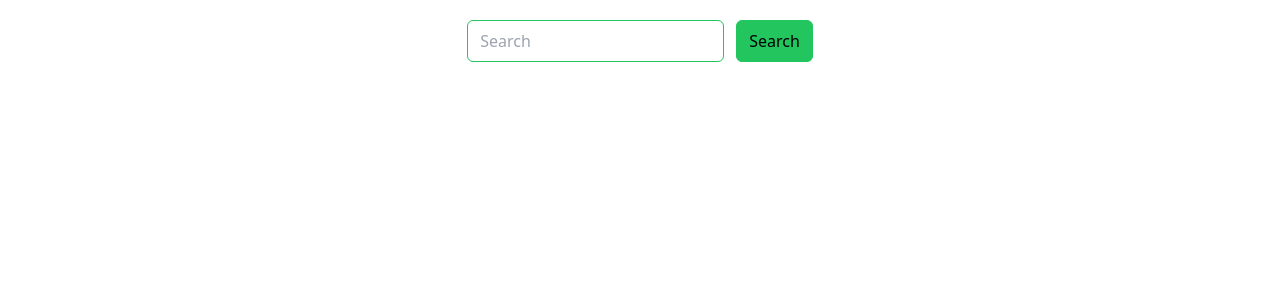
Repository: kimhieu153255/Image-search-app
Page: /
The author's editor kept a copy of each file at every save. The page is drawn from the files as they stood at one save, then again after the next save.
The browser window is 1280 px wide. The pictures show the whole page.
The page's requests for data from a server got no answer. The project was rebuilt for these pictures with package versions that can differ from the ones it lists, and the page was loaded fresh each time. No one was signed in, and anything a server would have sent is missing. Also part of the build but not shown: vite.config.js, src/Components/Card/Card.jsx.

Above is the page before, as saved 2023-10-27 01:19:23.

### index.html
<!doctype html>
<html lang="en">
  <head>
    <meta charset="UTF-8" />
    <link rel="icon" type="image/svg+xml" href="/vite.svg" />
    <meta name="viewport" content="width=device-width, initial-scale=1.0" />
    <title>20120474-LeKimHieu</title>
  </head>
  <body>
    <div id="root"></div>
    <script type="module" src="/src/main.jsx"></script>
  </body>
</html>

### src/main.jsx
import React from "react";
import ReactDOM from "react-dom/client";
import App from "./App.jsx";
import "./index.css";
import { DataProvider } from "./Components/Contexts/Data.jsx";

ReactDOM.createRoot(document.getElementById("root")).render(
  <React.StrictMode>
    <DataProvider>
      <App />
    </DataProvider>
  </React.StrictMode>
);

### src/App.jsx
import { useContext, useEffect } from "react";
import CardList from "./Components/Card/CardList";
import Search from "./Components/Search/Search";
import { DataContext } from "./Components/Contexts/Data";
import { debounce } from "lodash";

function App() {
  const { setDataFuncRef, page, isLoading, setIsLoading } =
    useContext(DataContext);

  useEffect(() => {
    const handleScroll = debounce(() => {
      const scrollY = window.scrollY || window.pageYOffset;
      const windowHeight = window.innerHeight;
      const viewHeight = document.body.scrollHeight;
      if (scrollY + windowHeight >= viewHeight)
        setDataFuncRef.current(page + 1);
      setIsLoading(false);
    }, 1000);
    window.addEventListener("scroll", handleScroll);
    return () => {
      window.removeEventListener("scroll", handleScroll);
    };
  }, [page, setDataFuncRef, setIsLoading]);

  return (
    <div className="w-full relative">
      <div className="flex flex-col items-center gap-5 my-5">
        <Search></Search>
        <CardList></CardList>
        {isLoading && (
          <div className="inset-0 backdrop-blur-sm">
            <div className="inline-block h-16 w-16 animate-spin rounded-full border-4 border-solid border-r-transparent align-[-0.125em] text-secondary motion-reduce:animate-[spin_1.5s_linear_infinite] border-blue-500 absolute top-1/2 left-1/2 backdrop-blur-[2px]">
              <span className="!absolute !-m-px !h-px !w-px !overflow-hidden !whitespace-nowrap !border-0 !p-0 ![clip:rect(0,0,0,0)]"></span>
            </div>
          </div>
        )}
      </div>
    </div>
  );
}

export default App;

### src/Components/Contexts/Data.jsx
import { createContext, useRef, useState } from "react";
import AxiosInstance from "../Axios/AxiosInstance";
const DataContext = createContext();

const DataProvider = (props) => {
  const [data, setData] = useState([]);
  const [page, setPage] = useState(1);
  const [isLoading, setIsLoading] = useState(false);
  const [search, setSearch] = useState("");
  const setDataFuncRef = useRef();

  const setDataFunc = async (pageTemp) => {
    try {
      setIsLoading(true);
      const res = await AxiosInstance.get(`&query=${search}&page=${pageTemp}`);
      if (res) {
        const temp = res.data.results.map((item) => {
          return {
            id: item.id,
            alt_description: item.alt_description,
            url: item.urls.thumb,
          };
        });
        if (pageTemp === 1) {
          setData(temp);
          setPage(1);
        } else {
          setData((prev) => [...prev, ...temp]);
          setPage((prev) => prev + 1);
        }
      }
    } catch (err) {
      console.log(err);
    }
  };
  setDataFuncRef.current = setDataFunc;

  const value = {
    data,
    setData,
    search,
    setSearch,
    page,
    setPage,
    setDataFuncRef,
    isLoading,
    setIsLoading,
  };
  return <DataContext.Provider value={value} {...props}></DataContext.Provider>;
};

export { DataContext, DataProvider };

### src/Components/Card/CardList.jsx
import { useContext } from "react";
import { DataContext } from "../Contexts/Data";
import Card from "./Card";

const CardList = () => {
  const data = useContext(DataContext);
  return (
    <div className="grid sm:grid-cols-3 md:grid-cols-4 lg:grid-cols-5 gap-3">
      {data.data.map((item, ind) => (
        <Card key={ind} title={item.alt_description} src={item.url}></Card>
      ))}
    </div>
  );
};

export default CardList;

### src/Components/Search/Search.jsx
import { useContext } from "react";
import { DataContext } from "../Contexts/Data";

const Search = () => {
  const { setDataFuncRef, setSearch, search } = useContext(DataContext);
  return (
    <div className="flex gap-3">
      <input
        type="text"
        placeholder="Search"
        className="inline-block px-3 py-2 border border-green-500 rounded-md"
        onChange={(e) => {
          console.log(e.target.value, search);
          setSearch(e.target.value);
        }}
      />
      <button
        type="submit"
        className="px-3 py-2 bg-green-500 border border-green-500 hover:bg-green-600 hover:border-green-600 rounded-md"
        onClick={() => {
          setDataFuncRef.current(1);
        }}
      >
        Search
      </button>
    </div>
  );
};

export default Search;

### src/Components/Axios/AxiosInstance.jsx
import axios from "axios";
import KeyAPI from "../../KeyAPI";

const AxiosInstance = axios.create({
  baseURL: `https://api.unsplash.com/search/photos?client_id=${KeyAPI.Access_Key}&per_page=20`,
});

export default AxiosInstance;

### src/KeyAPI.js
const KeyAPI = {
  Access_Key: "7Lcwlh9DbVauadS0QCdraGyZjRFFbjqd0XSuBE-jzFM",
  Secret_key: "nPKRLW2TfslTWSn-oJcRIoZNJ9j4_6ySiHVUvNd4sGY",
};
export default KeyAPI;

Loaded but not shown: src/index.css (common file); tailwind.config.js (common file)

After the next save:
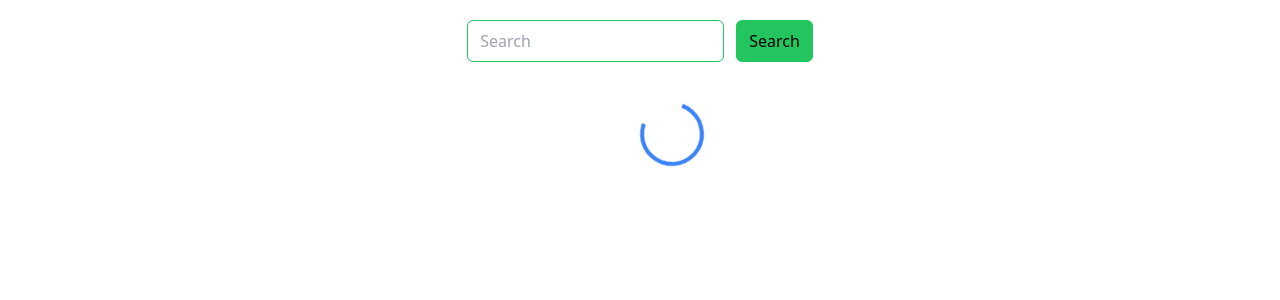
Saved 17 s later.
--- a/src/App.jsx
+++ b/src/App.jsx
@@ -15,8 +15,8 @@ function App() {
       const viewHeight = document.body.scrollHeight;
       if (scrollY + windowHeight >= viewHeight)
         setDataFuncRef.current(page + 1);
-      setIsLoading(false);
     }, 1000);
+    setIsLoading(false);
     window.addEventListener("scroll", handleScroll);
     return () => {
       window.removeEventListener("scroll", handleScroll);
